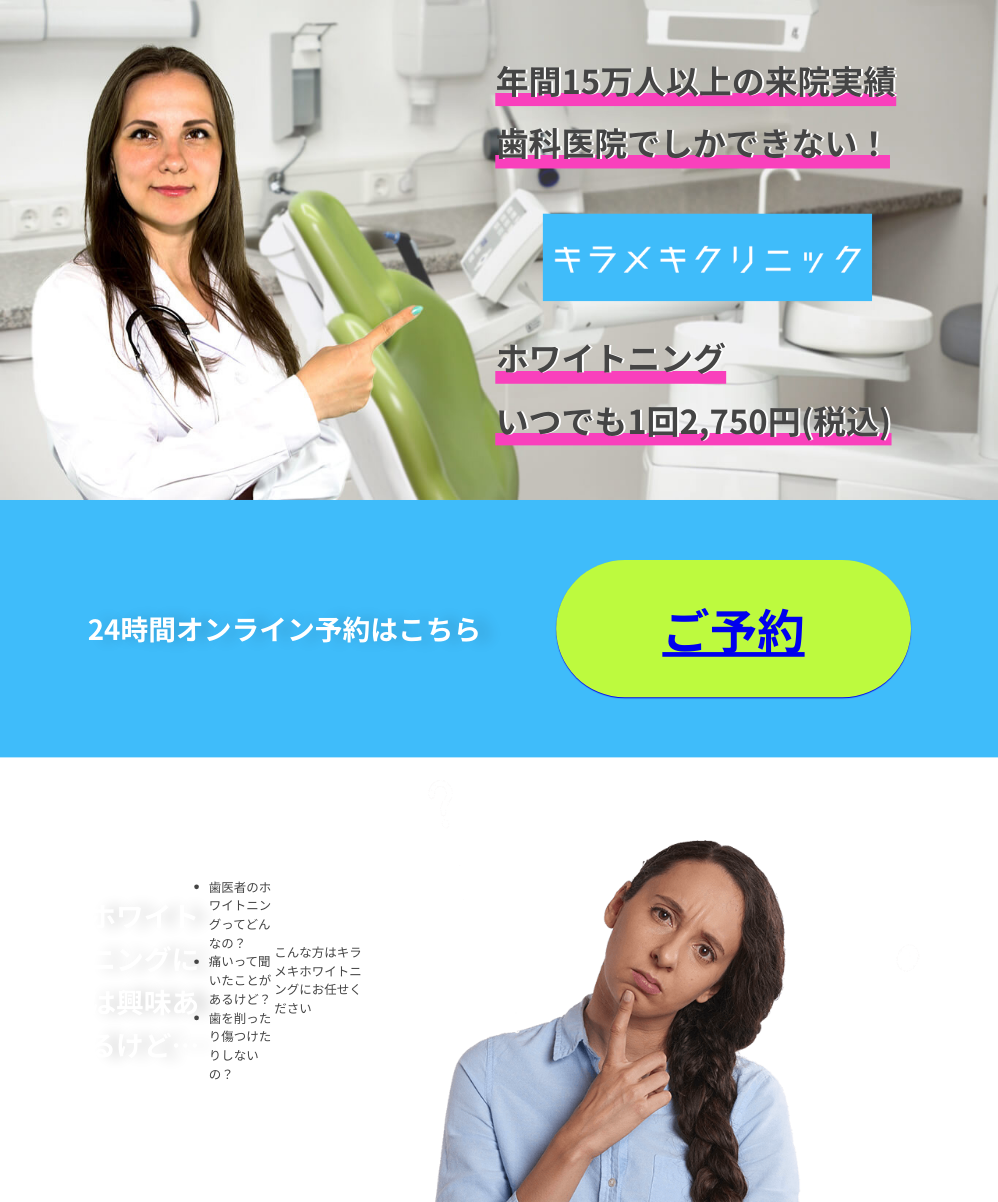
Repository: ryu-nuno/tech_academy_subwork
Page: first/index.html
The author's editor kept a record of every edit. The page is drawn from the files as they stood at one moment, then again after the next edit.
The browser window is 1280 px wide. The pictures show the whole page, at 78% of full size.
Some web libraries are served in a nearby version.

Above is the page before.

### first/index.html
<!DOCTYPE html>
<html lang="ja">

  <head>
    <title>first</title>
  <meta charset="utf-8">
  <meta name="description" content="kirameki clinic">
  <meta name="viewport" content="width=device-width, initial-scale=1">
  <meta property="og:site_name" content="キラメキクリニック｜歯科医院でホワイトニング" />
  <meta property="og:title" content="キラメキクリニック｜歯科医院でホワイトニング">
  <meta property="og:description" content="キラメキクリニックは、年間15万人以上の来院実績がある歯科医院です。有資格者によるプロの施術を1回2,750円〜で手軽にホワイトニングができます。ホワイトニングをしてみたい方はお問い合わせの上ぜひご来院ください！">
  <meta property="og:type" content="article">
  <meta property="og:url" content="https://demo.techacademy.jp/sidejob-selfstudy1/">
  <meta property="og:image" content="https://demo.techacademy.jp/sidejob-selfstudy1/images/main_pc.jpg">
  <meta property="og:locale" content="ja_JP">
  <link rel="stylesheet" href="assets/ress/ress.min.css">
  <link rel="stylesheet" href="css/style.css">
  <script src="https://kit.fontawesome.com/ab2670e4fc.js" crossorigin="anonymous"></script>
  </head>

  <body>
    <header class="container">
    <div class="contents_width">
      <div class="wrapper">
        <h1>
          <span>年間15万人以上の来院実績</span>
          <span>歯科医院でしかできない！</span>
          <img src="img/logo_top.png" alt="キラメキクリニック">
        </h1>
        <p>
          <span>ホワイトニング</span>
          <span>いつでも1回2,750円(税込)</span>
        </p>
      </div>
    </div>
  </header>

  <section class="contact container">
    <div class="contents_width">
      <h3>24時間オンライン予約はこちら</h3>
      <a href="#" class="hoverflash">ご予約</a>
    </div>
  </section>

  <section class="interest bg_stripe container">
    <div class="contents_width">
      <h3>ホワイトニングには興味あるけど…</h3>
      <ul>
        <li>歯医者のホワイトニングってどんなの？</li>
        <li>痛いって聞いたことがあるけど？</li>
        <li>歯を削ったり傷つけたりしないの？</li>
      </ul>
      <p>こんな方はキラメキホワイトニングにお任せください</p>
      <img src="images/thinking_w.png" alt="ホワイトニングの疑問イメージ">
    </div>
  </section>
  </body>

### first/assets/ress/ress.min.css
/*!
 * ress.css • v4.0.0
 * MIT License
 * github.com/filipelinhares/ress
 */html{box-sizing:border-box;-webkit-text-size-adjust:100%;word-break:normal;-moz-tab-size:4;tab-size:4}*,:after,:before{background-repeat:no-repeat;box-sizing:inherit}:after,:before{text-decoration:inherit;vertical-align:inherit}*{padding:0;margin:0}hr{overflow:visible;height:0;color:inherit}details,main{display:block}summary{display:list-item}small{font-size:80%}[hidden]{display:none}abbr[title]{border-bottom:none;text-decoration:underline;text-decoration:underline dotted}a{background-color:transparent}a:active,a:hover{outline-width:0}code,kbd,pre,samp{font-family:monospace,monospace}pre{font-size:1em}b,strong{font-weight:bolder}sub,sup{font-size:75%;line-height:0;position:relative;vertical-align:baseline}sub{bottom:-.25em}sup{top:-.5em}table{border-color:inherit;text-indent:0}input{border-radius:0}[disabled]{cursor:default}[type=number]::-webkit-inner-spin-button,[type=number]::-webkit-outer-spin-button{height:auto}[type=search]{-webkit-appearance:textfield;outline-offset:-2px}[type=search]::-webkit-search-decoration{-webkit-appearance:none}textarea{overflow:auto;resize:vertical}button,input,optgroup,select,textarea{font:inherit}optgroup{font-weight:700}button{overflow:visible}button,select{text-transform:none}[role=button],[type=button],[type=reset],[type=submit],button{cursor:pointer;color:inherit}[type=button]::-moz-focus-inner,[type=reset]::-moz-focus-inner,[type=submit]::-moz-focus-inner,button::-moz-focus-inner{border-style:none;padding:0}[type=button]::-moz-focus-inner,[type=reset]::-moz-focus-inner,[type=submit]::-moz-focus-inner,button:-moz-focusring{outline:1px dotted ButtonText}[type=reset],[type=submit],button,html [type=button]{-webkit-appearance:button}button,input,select,textarea{background-color:transparent;border-style:none}a:focus,button:focus,input:focus,select:focus,textarea:focus{outline-width:0}select{-moz-appearance:none;-webkit-appearance:none}select::-ms-expand{display:none}select::-ms-value{color:currentColor}legend{border:0;color:inherit;display:table;white-space:normal;max-width:100%}::-webkit-file-upload-button{-webkit-appearance:button;color:inherit;font:inherit}img{border-style:none}progress{vertical-align:baseline}[aria-busy=true]{cursor:progress}[aria-controls]{cursor:pointer}[aria-disabled=true]{cursor:default}

### first/css/style.css
@charset "UTF-8"; /* 文字コードの指定 */
@import url('https://fonts.googleapis.com/css2?family=Noto+Sans+JP:wght@400;700;900&display=swap');
@import url('https://fonts.googleapis.com/css2?family=Noto+Serif+JP:wght@400;700&display=swap');


body{

    color: #454545;
    font-family: "Noto Sans JP", "Helvetica Neue", Arial, "Hiragino Kaku Gothic ProN", "Hiragino Sans", Meiryo, sans-serif;
}

header{
    background-image: url(../img/main_pc.jpg);
    background-size: cover;
    height: 50.073vw;
    background-position: top left;
}

.container{
    padding: 0 7.9vw;
}

.contents_width{
    display: flex;
    height:100%;
    justify-content:flex-end;
    align-items:center;
}

.wrapper{
    width:42.4567vw;
}

.wrapper h1{
    font-size: 0;
}

.wrapper span{
    font-weight: 900;
    display: inline-block;
    font-size: 3.294vw;
    line-height: 5.2vw;
    background: linear-gradient(transparent 75%, #f940bc 0%);
    text-shadow: 0.2vw 0 #fff;
}

.wrapper span+span {
    margin: 0.8rem 0 0;
}

header .wrapper img {
    display: block;
    margin: 4.53vw auto 3.074vw;
    max-width: 32.942vw;
    width: 100%;
}

.contact {
    background-color: #3fbcfa;
    padding-top: 6.002vw;
    padding-bottom: 6.002vw;
}

.contact .contents_width {
    display: flex;
    justify-content: center;
    align-items: center;
    gap: 6rem;
}

.contents_width h3{
 font-size: 2.7818vw;
 color: #FFFFFF;
 line-height: calc(59 / 38);
 text-align: center;
 text-shadow: 1rem 0 1rem rgb(0 0 0 / 16%);
}

.contents_width a{
    display: flex;
    justify-content: center;
    align-items: center;
    background-color: #bdfa3e;
    width: 28.4rem;
    height: 11rem;
    border-radius: 5.5rem;
    font-size: 3.8rem;
    font-weight: 900;
    box-shadow: 0 0.1vw 0.1vw ;
    overflow: hidden;
    position: relative;
}

After the next edit:
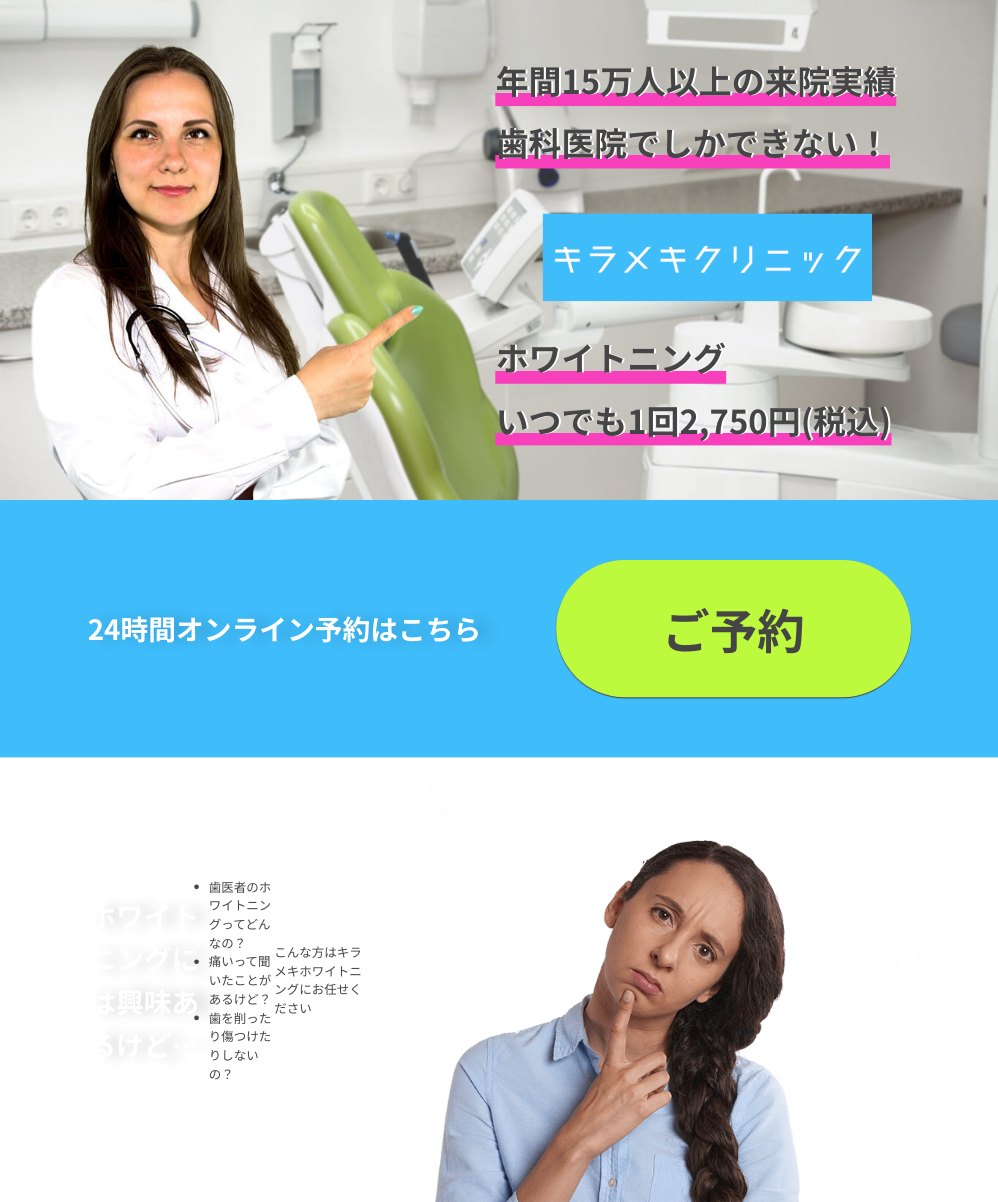
The edit:
--- a/first/css/style.css
+++ b/first/css/style.css
@@ -7,6 +7,11 @@
 
     color: #454545;
     font-family: "Noto Sans JP", "Helvetica Neue", Arial, "Hiragino Kaku Gothic ProN", "Hiragino Sans", Meiryo, sans-serif;
+}
+
+a {
+    color: #454545;
+    text-decoration: none;
 }
 
 header{
